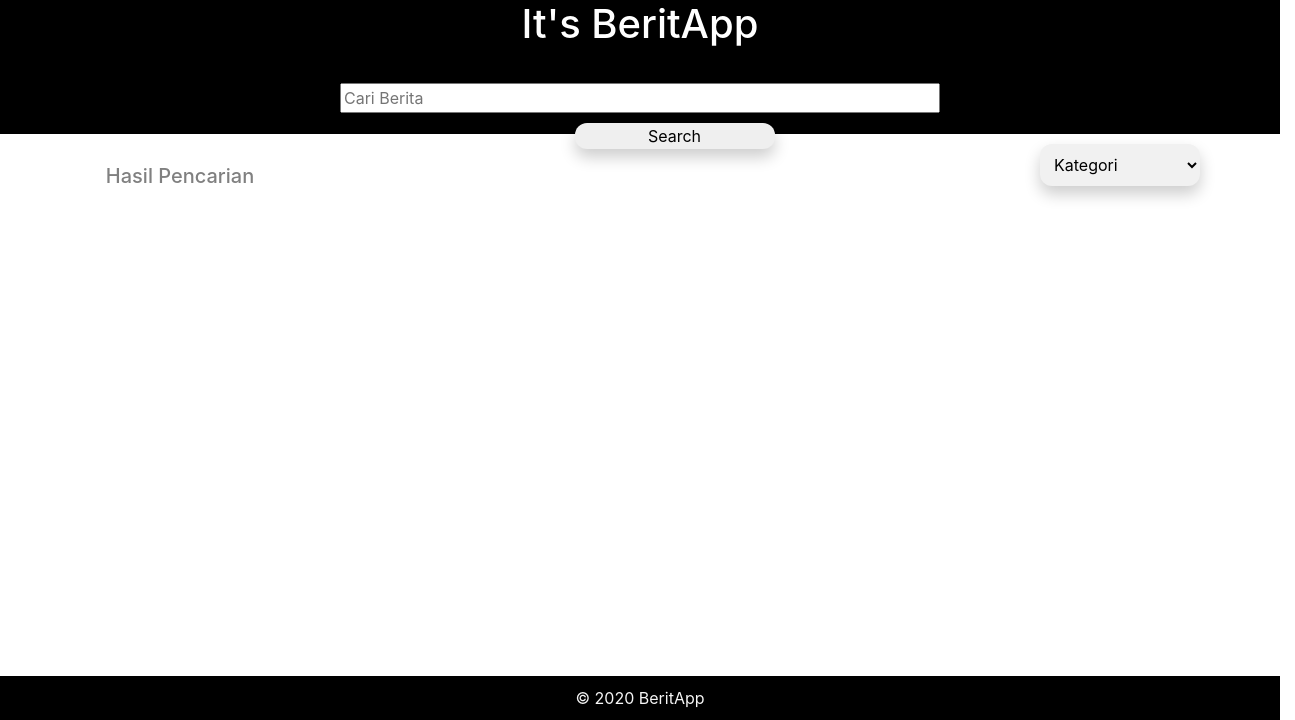
Repository: faalihnst/berita
Page: /
These files come from the project's save history. The page is drawn as it stood at one moment and after the next save; the edit follows.
The browser window is 1280 px wide. The page is 1295 px wide, so the pictures cover 1295 px, including what lies to the right of the window. The pictures show the whole page.
The project was rebuilt for these pictures with package versions that can differ from the ones it lists, and the page was loaded fresh each time.

Above is the page before, as saved 2020-06-05 07:42:50.

### src/App.js
import React from 'react';
import './assets/style.css';

import 'bootstrap/dist/css/bootstrap.min.css';
// import { MDBCol, MDBFormInline, MDBIcon } from "mdbreact";

import { BrowserRouter as Router, Route } from "react-router-dom";

import Homepage from "./pages/homepage";
// import Login from "./Pages/login";
// import Skripsi from "./Pages/skripsi";

function App() {

  return (
    <div className="App">
      <Router>
        <Route exact path="/" component={Homepage}></Route>
        {/* <Route exact path="/Login" component={Login}></Route>
        <Route exact path="/Skripsi" component={Skripsi}></Route> */}
      </Router>
    </div>
  );
}

export default App;

### src/assets/style.css
.WebContainer{
  width: 100%;
  height: auto;
}

.container1{
  overflow: hidden;
}

body {
  margin: 0;
  font-family: Roboto, Helvetica, sans-serif;
}

.dropdown{
  align-items: center;
}

  /* Increase the font size of the heading */
.header h1 {
  font-size: 40px;
  color: white;
}

.judul{
  font-weight: bold;
}

.col-md-10{
  margin-left: 80px;
  margin-top: 10px;
  padding: 10px;
  border-bottom: 1.5pt solid #E4DFDA;
}

.col-md-5{
  padding: 5px;
  margin-top: 10px;
  margin-left: 1px;
}

.col-md-2{
  padding: 5px;
  margin-top: 10px;
  margin-left: 15px;
}

.result{
  color: grey;
}

.content{
  margin-top: 80px;
}

h5{
  padding: 20px;
  margin-left: 40px;
}

footer{
  background-color: black;
  color: whitesmoke;
  padding: 10px;
  margin-top: 110px;
  text-align: center;
  position: fixed;
  bottom: 0;
  left: 0;
  width: 100%;
}

form{
  margin-top: 20px;
  transform: translateY(15px);
}

input#titleBar{
  width: 600px;
}

input#nameBar{
  width: 300px;
  margin-left: 255px;
  margin-right: 0px;
}

input#npmBar{
  width: 250px;
  margin-right: 220px;
}

.row{
  margin-top: 10px;
}

.header{
  text-align: center;
  background-color: black;
  align-content: center;
}

.button#search{
  margin-top: 0%;
  margin-left: 45%;
  width: 200px;
  border-radius: 12px;
  border: none;
  box-shadow: 0px 8px 16px 0px rgba(0,0,0,0.2);
  z-index: 1;
}

.grid-container{
  grid-template-columns: auto auto;
}

.column-left{
  float: left;
  width: 25%;
  padding: 10px;
}

.then-right:after{
  display: table;
  clear: both;
}

/*dropdown*/
.dropbtn {
  background-color: #f1f1f1;
  color: black;
  padding: 10px;
  font-size: 16px;
  border: none;
  min-width:160px;
  border-radius: 12px;
  box-shadow: 0px 8px 16px 0px rgba(0,0,0,0.2);
  z-index: 1;
}

.dropdown {
  position: relative;
  display: inline-block;
}

.dropdown-content {
  display: none;
  position: absolute;
  background-color: #f1f1f1;
  min-width: 100px;
  box-shadow: 0px 8px 16px 0px rgba(0,0,0,0.2);
  z-index: 1;
  border-radius: 12px;
  color: black;
  border: none;
}

.dropdown-content option {
  color: black;
  padding: 8px 10px;
  text-decoration: none;
  display: block;
}

/*.dropdown-content a:hover {
  background-color: rgb(38, 38, 63);
  border-radius: 12px;
  color: white;
}*/

.button#search:hover{
  background-color: rgb(38, 38, 63);
  border-radius: 12px;
  color: white;
}
.dropdown:hover .dropdown-content {display: block;}

.dropdown:hover .dropbtn {
  background-color: rgb(38, 38, 63);
  border-radius: 12px;
  color: white;
}
/* css login
.container#login{
  height:480px;
  margin-top: 40px;
  margin-bottom: 50px;
  background-color:#1abc9c;
  justify-content: space-between;
  flex-direction: column;
  display: flex;
}

img{
  width: 577;
  height: 433;
  margin-top: 80px;
  margin-left: -200px;
}

.welcome{
  transform: rotate(-90deg);
  margin-left: -250px;
  color: white;
}

.btn-login{
  justify-content: flex-end;
  display: flex;
  margin-bottom: 25px;
  margin-top: 30px;
  font-size: 24px;
  background-color: blue;
  color: white;

}

.form-word{
  margin-left: 0px;
  margin-top: -90px;
  font-size: 25px;
  color: white;
}

.form-group{
  margin-top: 120px;
  width: 100px;
}

 css skripsi

.col-md-8#title{
  margin-top: 30px;
  padding: 15px;
}

.btn-holder {
  justify-content: flex-end;
  display: flex;
  margin-right: 50px;
  margin-bottom: 50px;
}

p#judul{
  font-weight: bold;;
  margin-left: 15px;
  font-size: 18pt;
  color: white;
}

article#abstrak{
  margin-top: 15px;
  padding: 3px;
  font-style: italic;
}

.imgSkripsi{
  width: 300px;
  height: 400px;
  margin-top: 35px;
  margin-left: 10px;
}*/

### src/pages/homepage.js
import React, { useState } from "react";

import axios from "axios";
import qs from "qs";

export default function Homepage() {
  //aciganti
  const [value, setValue] = useState({
    news: [],
    title: "",
    date: "",
    link: "",
    category: "",
    author: "",
    abstract: "",
  });

  const getData = async () => {
    const BASE_URL = "http://localhost:3030/berita-app/query";

    const headers = {
      Accept: "application/sparql-results+json,*/*;q=0.9",
      "Content-Type": "application/x-www-form-urlencoded; charset=UTF-8",
    };

    const queryData = {
      query: `PREFIX news:<http://example.co.id/ns/newsdata>
            SELECT DISTINCT ?title ?date ?link ?category ?abstract ?author
            WHERE {
            ?news news:title ?title.
            ?news news:date ?date.
            ?news news:link ?link.
            ?news news:writtenby ?author.
			    	?news news:abstract ?abstract.
            ?news news:category ?category;
            FILTER contains(lcase(str(?category)), lcase(str("${value.category}")))
            FILTER contains(lcase(str(?title)), lcase(str("${value.title}")))
    }`,
    };

    try {
      const { data } = await axios(BASE_URL, {
        method: "POST",
        headers,
        data: qs.stringify(queryData),
      });
      console.log(data);

      // Convert Data
      const formatted_data = data.results.bindings.map((news, index) =>
        formatter(news, index)
      );
      console.log(formatted_data);

      setValue({
        ...value,
        news: formatted_data,
      });
    } catch (err) {
      console.error(err);
    }
  };

  const formatter = (news, index) => {
    return {
      id: index,
      title: news.title.value,
      date: news.date.value,
      link: news.link.value,
      category: news.category.value,
      author: news.author.value,
      abstract: news.abstract.value,
    };
  };

  const titleHandler = (event) => {
    setValue({
      ...value,
      title: event.target.value,
    });
  };

  const categoryHandler = (event) => {
    //handleChangeDate
    setValue({
      ...value,
      category: event.target.value,
    });
  };

  const content = value.news.map((news) => (
    <div className="container">
      <div key={news.id}>
        <div className="col-md-10">
          <div className="title">
            <a href={`${news.link}`}>{news.title}</a>
          </div>
          <div class="row">
            <div class="col-md-3">{news.category}</div>
            <div class="col-md-3">{news.date}</div>
            <div class="col-md-3">{news.author}</div>
          </div>
        </div>
      </div>
    </div>
  ));
  // Layout
  return (
    <body>
      <div className="header">
        <h1>It's BeritApp</h1>

        {/* Search Form  */}
        <form>
          <div className="container">
            <div className="row">
              <div className="col">
                <input
                  setValue={value.title}
                  placeholder="Cari Berita"
                  type="text"
                  id="titleBar"
                  onChange={titleHandler}
                />
              </div>
            </div>
          </div>
          <div className="row">
            <input
              type="button"
              className="button col-xs-1 text-center"
              id="search"
              value="Search"
              onClick={getData}
            />
          </div>
        </form>
      </div>

      {/* Hasil Pencarian */}
      <div class="result col-xs-1 text-center">
        <div class="then-right">
          <div class="column-left">
            <h5>Hasil Pencarian</h5>
          </div>
          <div class="column-left"></div>
          <div class="column-left"></div>
          <div class="column-left">
            <div class="dropdown">
              <select
                setValue={value.category}
                className="dropbtn"
                id="category"
                onChange={categoryHandler}
              >
                <option value="">Kategori</option>
                <option value="Kesehatan">Kesehatan</option>
                <option value="Teknologi">Teknologi</option>
                <option value="Sains">Sains</option>
                <option value="Olahraga">Olahraga</option>
                <option value="Otomotif">Ootomotif</option>
                <option value="Ekonomi">Ekonomi</option>
                <option value="Properti">Properti</option>
                <option value="Travel">Travel</option>
                <option value="Politik">Politik</option>
              </select>
            </div>
          </div>
        </div>
      </div>
      <div className="content col-xs-1 text-center">{content}</div>
      {/* Footer */}
      <footer>
        <div className="footer-copyright">&copy; 2020 BeritApp</div>
      </footer>
    </body>
  );
}

Loaded but not shown: public/index.html (common file); src/index.js (common file); src/index.css (common file); src/serviceWorker.js (common file)

After the next save:
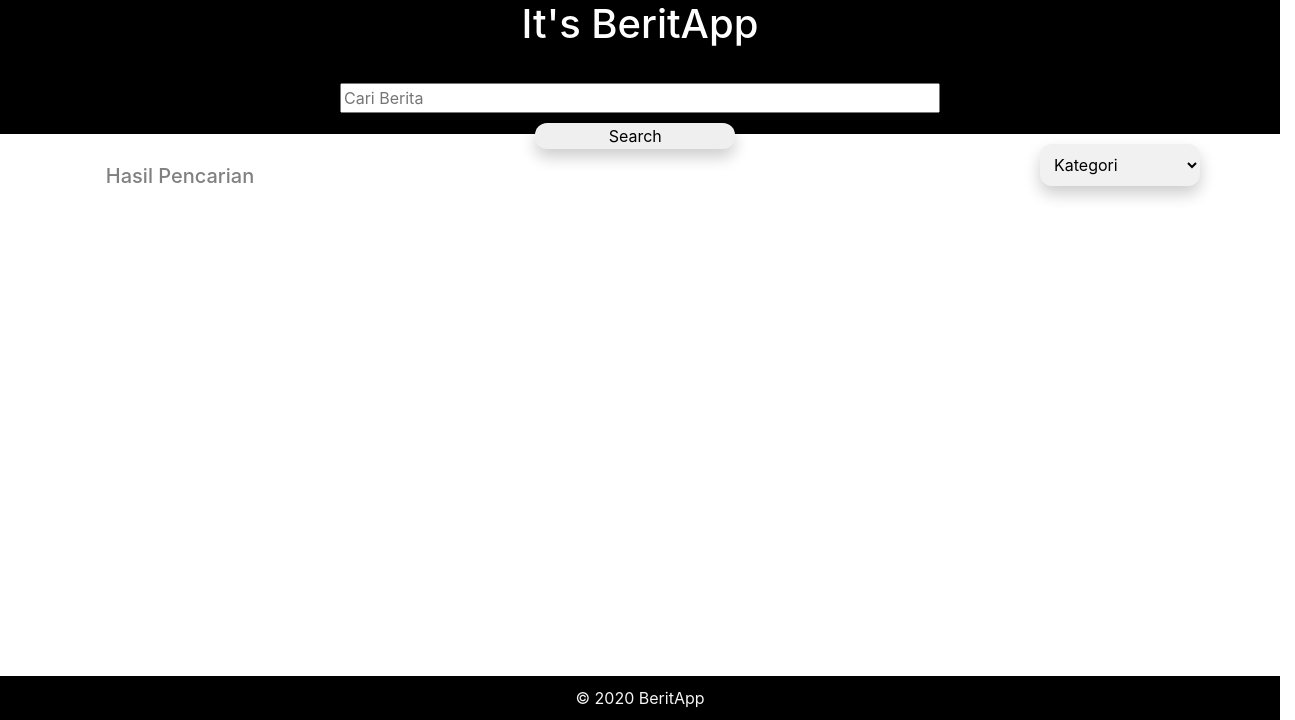
Saved 6 s later.
--- a/src/assets/style.css
+++ b/src/assets/style.css
@@ -102,7 +102,7 @@ input#npmBar{
 
 .button#search{
   margin-top: 0%;
-  margin-left: 45%;
+  margin-left: 42%;
   width: 200px;
   border-radius: 12px;
   border: none;
